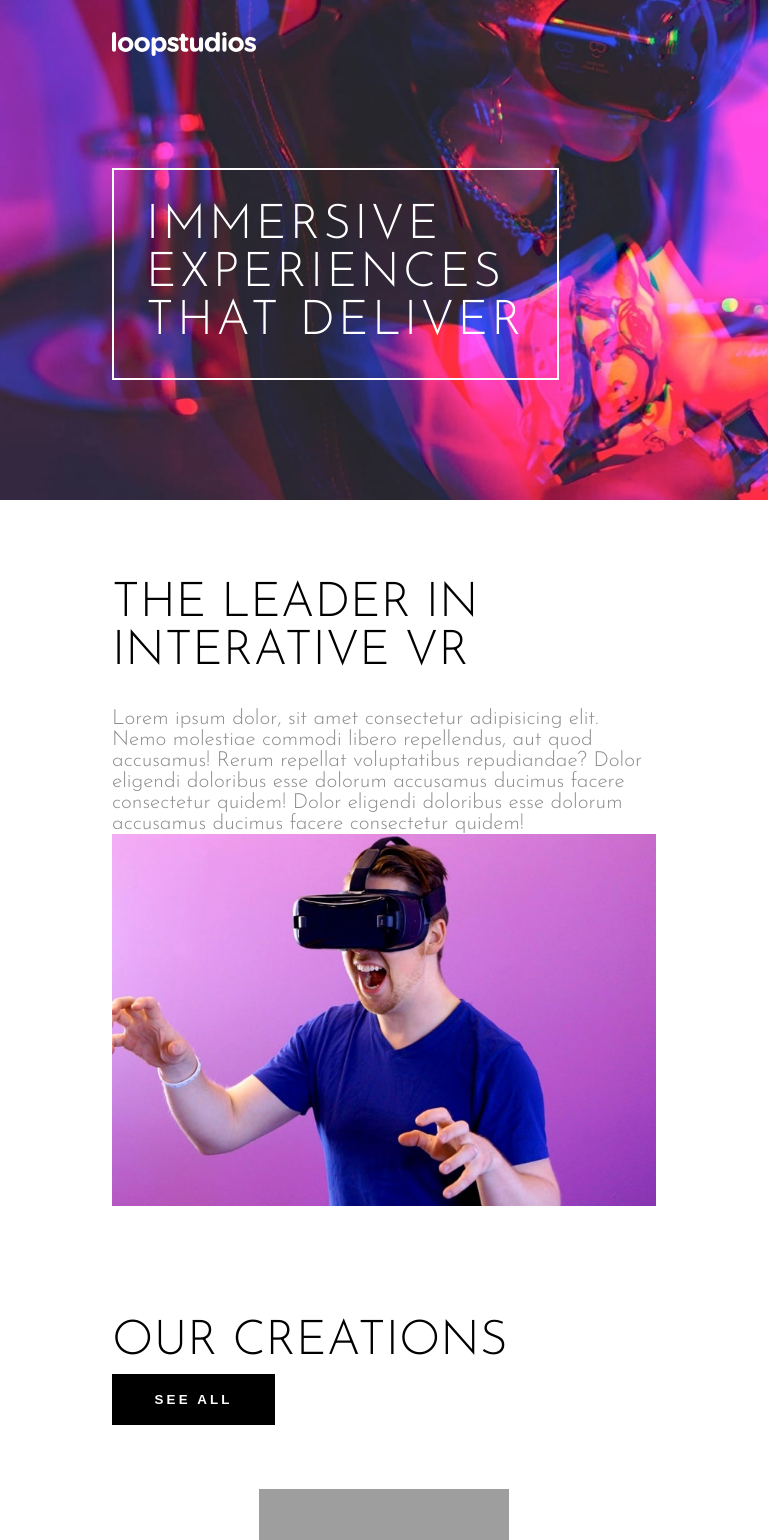
Repository: gligor99/loopstudios-fm
Page: /
The author's editor kept a copy of each file at every save. The page is drawn from the files as they stood at one save, then again after the next save.
The browser window is 768 px wide. The pictures show the part of the page from y = 0 to 1540 px (the page is 6252 px tall).
Pictures or frames that could not be fetched are drawn as grey boxes. Backgrounds fixed to the window are drawn as part of the page. The project was rebuilt for these pictures with package versions that can differ from the ones it lists, and the page was loaded fresh each time.

Above is the page before, as saved 2021-11-28 23:50:54.

### src/index.css
@import url("https://fonts.googleapis.com/css2?family=Alata&family=Josefin+Sans:wght@300&display=swap");

:root {
  --clr-white: hsl(0, 0%, 100%);
  --clr-black: hsl(0, 0%, 0%);
  --clr-dark-gray: hsl(0, 0%, 55%);
  --clr-very-dark-gray: hsl(0, 0%, 41%);
}

*,
::after,
::before {
  margin: 0;
  padding: 0;
  box-sizing: border-box;
}

body {
  font-family: "Alata", sans-serif;
  background: var(--clr-light-grayish-cyan);
  color: var(--clr-grey-1);
  font-size: 1rem;
}

### src/App.jsx
import { useState } from "react";
import About from "./components/About/About";
import Creations from "./components/Creations/Creations";
import Footer from "./components/Footer/Footer";
import Hero from "./components/Hero/Hero";
// import Sidebar from "./components/Sidebar/Sidebar";
// import Navbar from "./components/Navbar/Navbar";


function App() {
  const [toggle, setToggle] = useState(false)

  return (
    <div className="App">
      {/* <Navbar /> */}

      <Hero />
      <About />
      <Creations />
      <Footer />
    </div>
  );
}

export default App;

### src/components/About/About.jsx
import "./about.css";
import image from "../../assets/desktop/image-interactive.jpg";

const About = () => {
  return (
    <div className="about-container">
      <img className="image-interactive" src={image} alt="interactive.jpg" />
      <div className="about-content">
        <h1 className="about-title">The leader in <br />interative VR</h1>
        <p className="about-p">
          Lorem ipsum dolor, sit amet consectetur adipisicing elit. Nemo
          molestiae commodi libero repellendus, aut quod accusamus! Rerum
          repellat voluptatibus repudiandae? Dolor eligendi doloribus esse
          dolorum accusamus ducimus facere consectetur quidem! Dolor eligendi doloribus esse
          dolorum accusamus ducimus facere consectetur quidem!
        </p>
      </div>
    </div>
  );
};

export default About;

### src/components/Creations/Creations.jsx
import './creations.css'
import data from '../../data'
import Card from '../Card/Card';

const Creations = () => {
  return <div className="creation-container">
      <div className="creation-header">
          <h1 className="creation-title">
              Our Creations
          </h1>
          <button className="creation-btn">
              See All
          </button>
      </div>
      <div className="creation-cards">
          {data.map((item) => {
              return <Card key={item.id} item={item} />
          })}
      </div>
  </div>;
};

export default Creations;

### src/components/Footer/Footer.jsx
import "./footer.css";
import logo from "../../assets/logo.svg";
import fb from "../../assets/icon-facebook.svg";
import instagram from "../../assets/icon-instagram.svg";
import pinterest from "../../assets/icon-pinterest.svg";
import twittter from "../../assets/icon-twitter.svg";

const Footer = () => {
  return (
    <div className="footer-container">
      <div className="left-content">
        <img className="logo" src={logo} alt="footerLogo.svg" />
        <ul className="links">
          <li>
            <a href="/about">About</a>
          </li>
          <li>
            <a href="/careers">Careers</a>
          </li>
          <li>
            <a href="/events">Events</a>
          </li>
          <li>
            <a href="/products">Products</a>
          </li>
          <li>
            <a href="/support">Support</a>
          </li>
        </ul>
      </div>
      <div className="right-content">
        <div className="social">
          <img className='social-icon' src={fb} alt="fbIcon.svg" />
          <img className='social-icon' src={instagram} alt="instaIcon.svg" />
          <img className='social-icon'  src={pinterest} alt="pinterestIcon.svg" />
          <img className='social-icon' src={twittter} alt="twitterIcon.svg" />
        </div>
        <p className="copy">
          &copy;
          {`  ${new Date().getFullYear()} Loopstudios | All Rights Reserved`}
        </p>
      </div>
    </div>
  );
};

export default Footer;

### src/components/Hero/Hero.jsx
import React from "react";
import Navbar from "../Navbar/Navbar";
import "./hero.css";

const Hero = () => {
  return (
      <div className="container">
        <Navbar />
        <div className="container-content">
          <h1 className="title">
            Immersive <br /> experiences <br />
            that deliver
          </h1>
        </div>
      </div>
  );
};

export default Hero;

### src/components/About/about.css
.about-container {
  display: flex;
  justify-content: center;
  align-items: flex-end;
  margin: auto;
  padding: 7rem;
}

.image-interactive {
  height: 80%;
  z-index: -1;
}
.about-content {
  background-color: var(--clr-white);
  z-index: 1;
  height: 80%;
  padding: 4rem;
  margin-left: -10rem;
}

.about-title {
  font-family: "Josefin Sans", sans-serif;
  font-weight: 100;
  font-size: 3rem;
  text-transform: uppercase;
}

.about-p {
  color: var(--clr-dark-gray);
  font-family: "Josefin Sans", sans-serif;
  font-size: 1.3rem;
  padding-top: 2rem;
}

@media only screen and (max-width: 1300px) {
  .about-content {
    padding: 1rem;
    margin-left: -10rem;
  }
}
@media only screen and (max-width: 1210px) {
  .about-content {
    padding: 1rem;
    margin-left: -10rem;
  }
}
@media only screen and (max-width: 1110px) {
  .about-content {
    padding: 1rem;
    margin-left: -15rem;
  }
}
@media only screen and (max-width: 850px) {
  .about-container {
    flex-direction: column;
  }
  .image-interactive {
    width: 100%;
    order: 2;
  }
  .about-content{
    margin-top: -2rem;
    width: 100%;
    padding: 0;
  }
}

### src/components/Creations/creations.css
.creation-header {
  display: flex;
  flex-direction: row;
  justify-content: space-between;
  padding-left: 7rem;
  padding-right: 7rem;
  padding-bottom: 2rem;
}

.creation-title {
  font-family: "Josefin Sans", sans-serif;
  font-size: 3rem;
  text-transform: uppercase;
  font-weight: 100;
}

.creation-btn {
  border: none;
  background-color: var(--clr-black);
  border: 2px solid black;
  color: var(--clr-white);
  text-transform: uppercase;
  padding: 0 3rem 0 3rem;
  cursor: pointer;
  font-weight: 700;
  letter-spacing: 0.2rem;
  transition: 0.2s ease-in;
}
.creation-btn:hover {
  background-color: var(--clr-white);
  color: var(--clr-black);
  border: 2px solid black;
}

.creation-cards {
  padding: 0 5rem 0 5rem;
  display: flex;
  justify-content: space-between;
  flex-wrap: wrap;
  width: 100%;
}

@media only screen and (max-width: 840px) {
  .creation-header{
    flex-direction: column;
    justify-content: center;
    align-items: flex-starst;
  }
  .creation-title {
    padding-bottom: 0.5rem;
  }
  .creation-btn {
    padding: 1rem;
    width: 30%;
  }
}

@media only screen and (max-width: 806px) {
  .creation-cards {
    flex-direction: column;
    justify-content: center;
    align-content: center;
  }
}

### src/data.js
const data = [
  {
    id: 1,
    title: "Deep Earth",
    img: "https://i.ibb.co/mtd0XJx/image-deep-earth.jpg",
  },
  {
    id: 2,
    title: "Night  Arcade",
    img: "https://i.ibb.co/5Wcqskt/image-night-arcade.jpg",
  },
  {
    id: 3,
    title: "Soccer Team VR",
    img: "https://i.ibb.co/fFDbQDR/image-soccer-team.jpg",
  },
  {
    id: 4,
    title: "The Grid",
    img: "https://i.ibb.co/r59dNbs/image-grid.jpg",
  },
  {
    id: 5,
    title: "From up Above VR",
    img: "https://i.ibb.co/PYK37pW/image-from-above.jpg",
  },
  {
    id: 6,
    title: "Pocket Borealis",
    img: "https://i.ibb.co/9hsnGFt/image-pocket-borealis.jpg",
  },
  {
    id: 7,
    title: "The curiosity",
    img: "https://i.ibb.co/fQZHkXQ/image-curiosity.jpg",
  },
  {
    id: 8,
    title: "Make it fisheye",
    img: "https://i.ibb.co/D506TGt/image-fisheye.jpg",
  },
];

export default data;

### src/components/Card/Card.jsx
import "./card.css";

const Card = ({ item }) => {
  return (
    <div
      className="card-container"
      style={{
        backgroundImage: `url(${item.img})`,
        backgroundRepeat: "no-repeat"
      }}
    >
      <h4 className="card-title">{item.title}</h4>
    </div>
  );
};

export default Card;

### src/components/Footer/footer.css
.footer-container {
  background-color: var(--clr-black);
  padding: 3rem 7rem 3rem 7rem;
  display: flex;
  justify-content: space-between;
  align-items: center;
}
.copy {
  color: var(--clr-dark-gray);
  font-family: "Josefin Sans", sans-serif;
  font-size: 1.1rem;
  font-weight: 700;
}

.links {
  padding-top: 2rem;
}

.right-content {
  display: flex;
  flex-direction: column;
  justify-content: flex-end;
}

.social {
  padding-bottom: 2rem;
  text-decoration: none;
  display: flex;
  justify-content: flex-end;
}
.social-icon {
  padding-left: 2rem;
}

@media only screen and (max-width: 850px) {
  .footer-container {
    flex-direction: column;
    justify-content: center;
  }

  .social {
    padding-top: 2rem;
    justify-content: center;
  }
  .copy{
    text-align: center;
  }
}

### src/components/Navbar/Navbar.jsx
import logo from "../../assets/logo.svg";
import hamburger from '../../assets/icon-hamburger.svg'
import "./navbar.css";

const Navbar = () => {
  return (
    <div className="wrapper">
      <img src={logo} alt="logo.svg" />
      <img className="burger-icon" src={hamburger} alt="burgerIcon.svg" />
      <ul className="nav-items">
        <li>
          <a href="/about">About</a>
        </li>
        <li>
          <a href="/careers">Careers</a>
        </li>
        <li>
          <a href="/events">Events</a>
        </li>
        <li>
          <a href="/products">Products</a>
        </li>
        <li>
          <a href="/support">Support</a>
        </li>
      </ul>
    </div>
  );
};

export default Navbar;

### src/components/Hero/hero.css
.container {
  background: url("../../assets/desktop/image-hero.jpg");
  background-repeat: no-repeat;
  background-attachment: fixed;
  background-size: cover;
  height: 500px;
}
.container-content {
  display: flex;
  margin-top: 5rem;
  margin-left: 7rem;
}

.title {
  border: 2px solid var(--clr-white);
  padding: 2rem;
  text-transform: uppercase;
  font-family: "Josefin Sans", sans-serif;
  font-size: 3rem;
  font-weight: 100;
  letter-spacing: 0.2rem;
  color: white;
}

### src/components/Card/card.css
.card-container {
  position: relative;
  margin: 2rem;
  transition: 0.2s ease-in;
  cursor: pointer;
  height: 500px;
        width: 250px;
}

.card-container:hover {
  opacity: 50%;
  color: var(--clr-black);
}

.card-title {
  position: absolute;
  bottom: 3rem;
  text-transform: uppercase;
  font-family: "Josefin Sans", sans-serif;
  font-weight: 100;
  font-size: 2rem;
  color: var(--clr-white);
  padding: 2rem;
  width: 100%;
}

### src/components/Navbar/navbar.css
.wrapper {
  display: flex;
  flex-direction: row;
  justify-content: space-between;
  align-items: center;
  margin: auto;
  padding: 2rem 7rem 2rem 7rem;
  background-color: transparent;
}
img {
  height: 1.5rem;
}
ul {
  display: flex;
  flex-wrap: nowrap;
  justify-content: space-evenly;
}
li {
  list-style-type: none;
  padding-right: 1.5rem;
}
a {
  position: relative;
  display: inline-block;
  text-decoration: none;
  color: var(--clr-white);
}
a:after {
  content: "";
  position: absolute;
  left: 0;
  top: 100%;
  width: 0;
  height: 1.8px;
  background-color: var(--clr-white);
  transition: width 0.2s ease-in-out;
}
a:hover:after {
  width: 100%;
}

.burger-icon {
  display: none;
}

@media screen and (max-width: 850px) {
  .nav-items {
    display: none;
  }
  .burger-icon {
    width: 10%;
  }
}

Loaded but not shown: public/index.html (common file); src/index.jsx (common file)

After the next save:
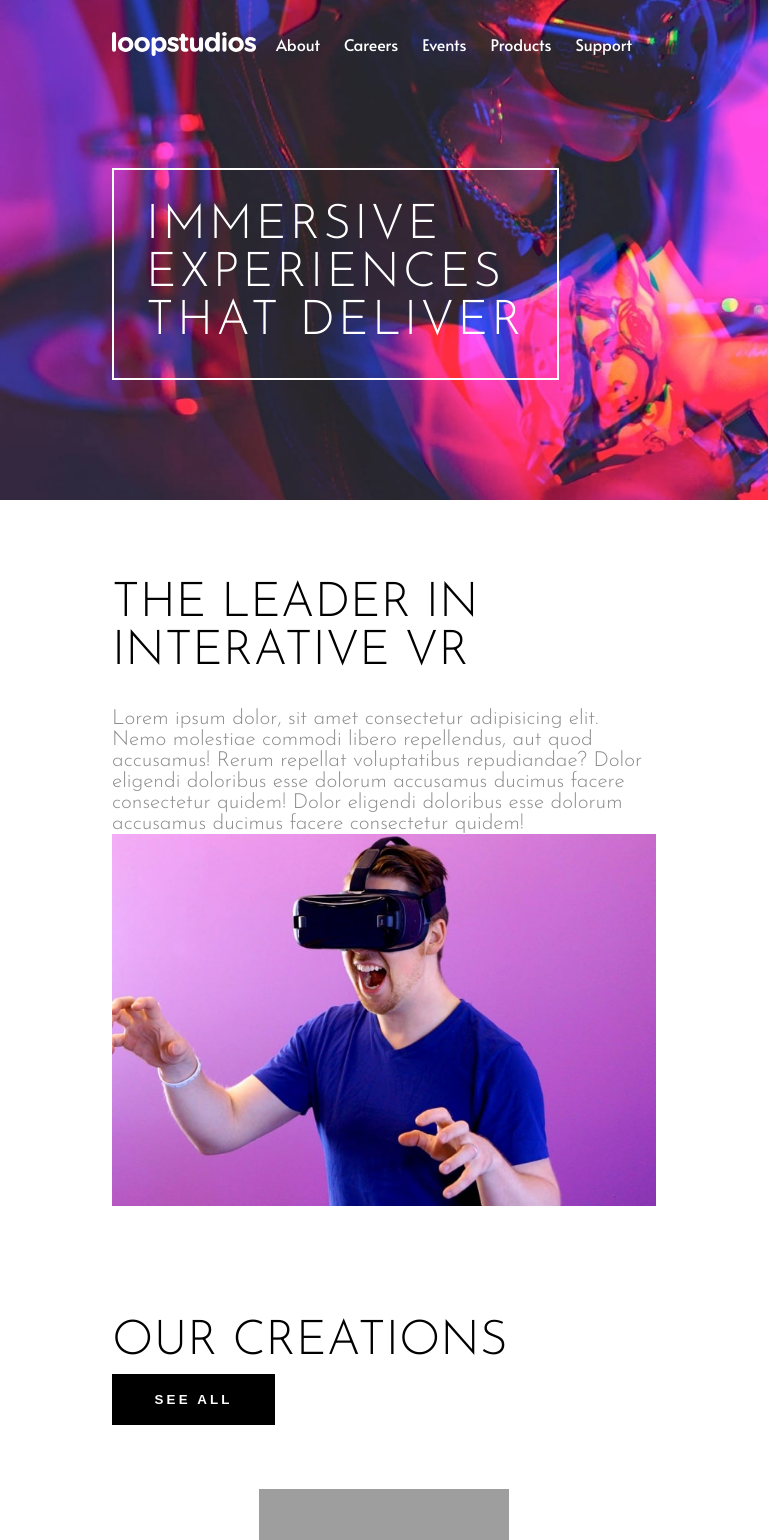
Saved 17 s later.
--- a/src/components/Navbar/navbar.css
+++ b/src/components/Navbar/navbar.css
@@ -45,7 +45,7 @@ a:hover:after {
 
 @media screen and (max-width: 850px) {
   .nav-items {
-    display: none;
+    display: ;
   }
   .burger-icon {
     width: 10%;
